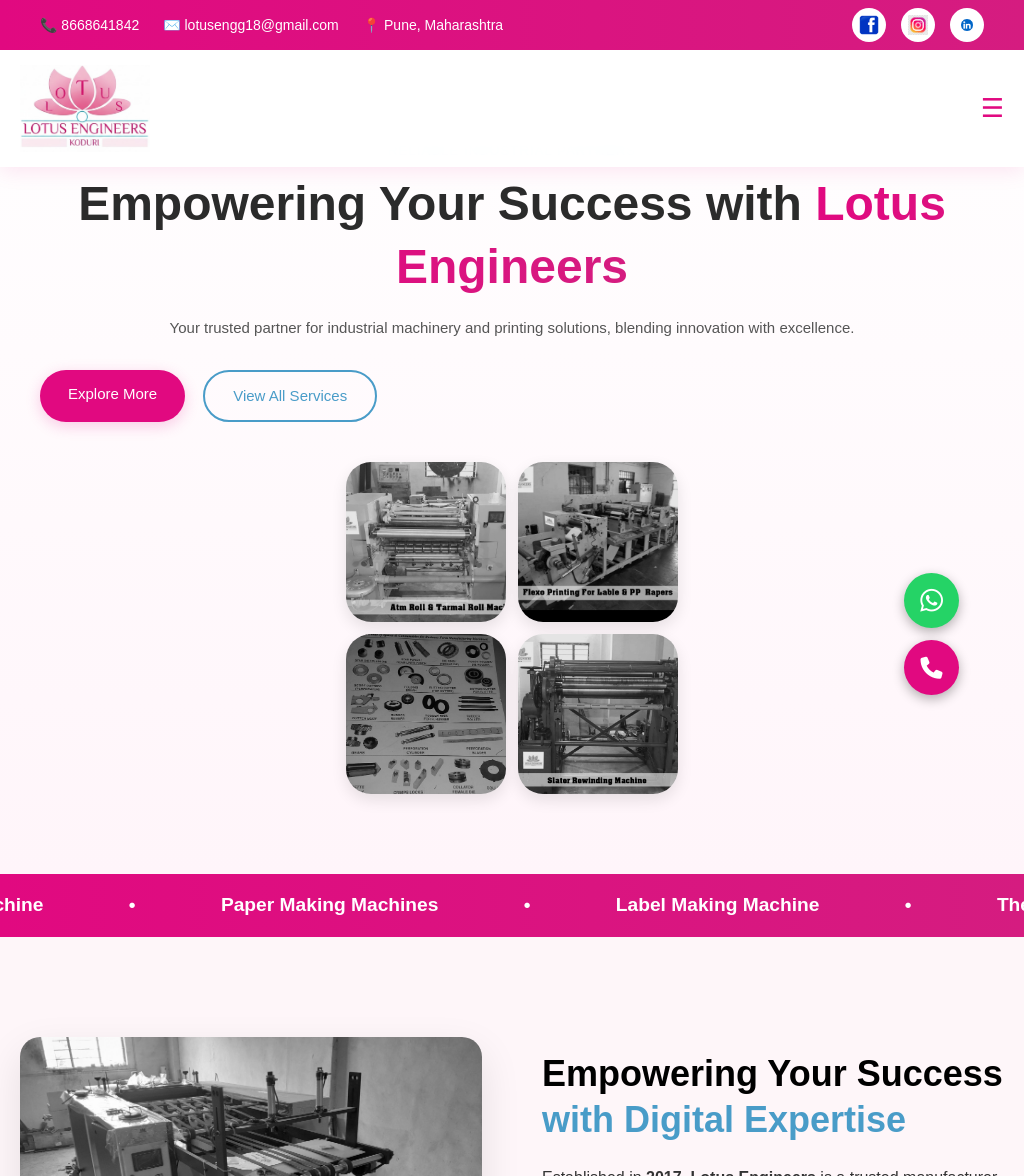
Repository: Khushichugh14/lotus-engineers
Page: index.html
An editor plug-in stored every save of this project. The page is shown before and after the next save, followed by the edit.
The browser window is 1024 px wide. The pictures show the part of the page from y = 0 to 1176 px (the page is 5927 px tall).
A picture or video elsewhere on the page could not be fetched, so the positions and the page height are approximate.

Above is the page before, as saved 2025-12-24 13:25:07.

After the next save:
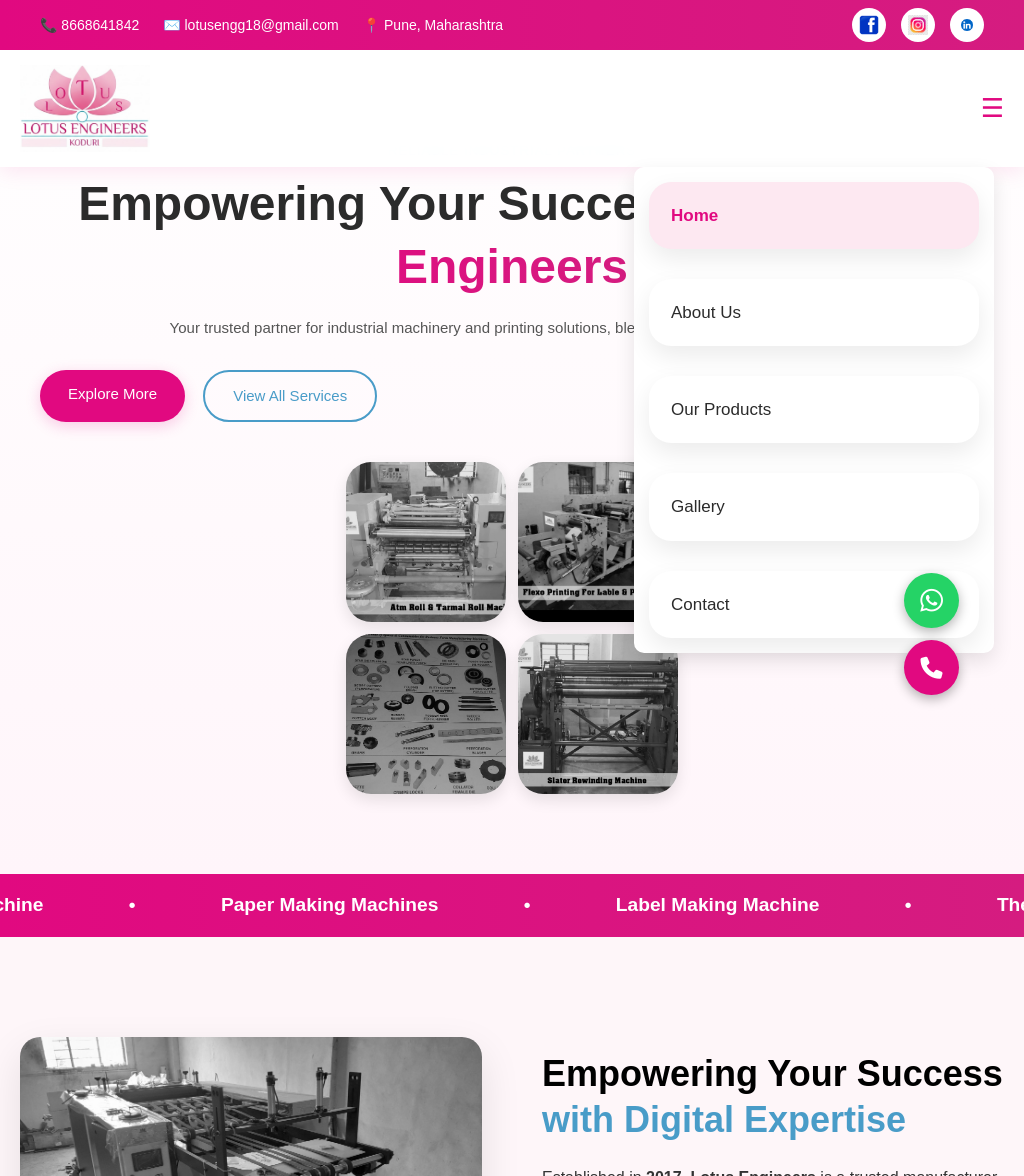
Saved 6 min 40 s later.
--- a/navbar.css
+++ b/navbar.css
@@ -172,25 +172,37 @@
   }
 
   /* Dropdown container (no background, no card) */
+  ./* ================= RIGHT SIDE MOBILE SIDEBAR ================= */
+@media (max-width: 1024px) {
+
   .nav-links {
-    display: none;
+    position: fixed;
+    top: 0;
+    right: -100%;              /* hide off-screen */
+    left: auto;                /* IMPORTANT */
+    transform: none;           /* IMPORTANT */
+
+    height: 100vh;
+    width: 85%;
+    max-width: 360px;
+
+    background: #ffffff;
+    display: flex;
     flex-direction: column;
-    position: fixed;
-    top: 120px;
-    left: 50%;
-    transform: translateX(-50%);
-    width: 90%;
-    max-width: 360px;
-    padding: 0;                /* 🔴 no outer padding */
-    background: transparent;  /* 🔴 remove outer block */
-    box-shadow: none;         /* 🔴 remove outer shadow */
-    gap: 14px;
-    z-index: 1000;
-  }
-
+    padding: 90px 20px 20px;
+    gap: 16px;
+
+    box-shadow: -12px 0 30px rgba(0,0,0,0.15);
+    transition: right 0.35s ease;
+    z-index: 1001;
+  }
+
+  /* Open state */
   .nav-links.active {
-    display: flex;
-  }
+    right: 0;
+  }
+}
+
 
   /* Individual menu items only */
   .nav-links a {

After the 2 saves that followed:
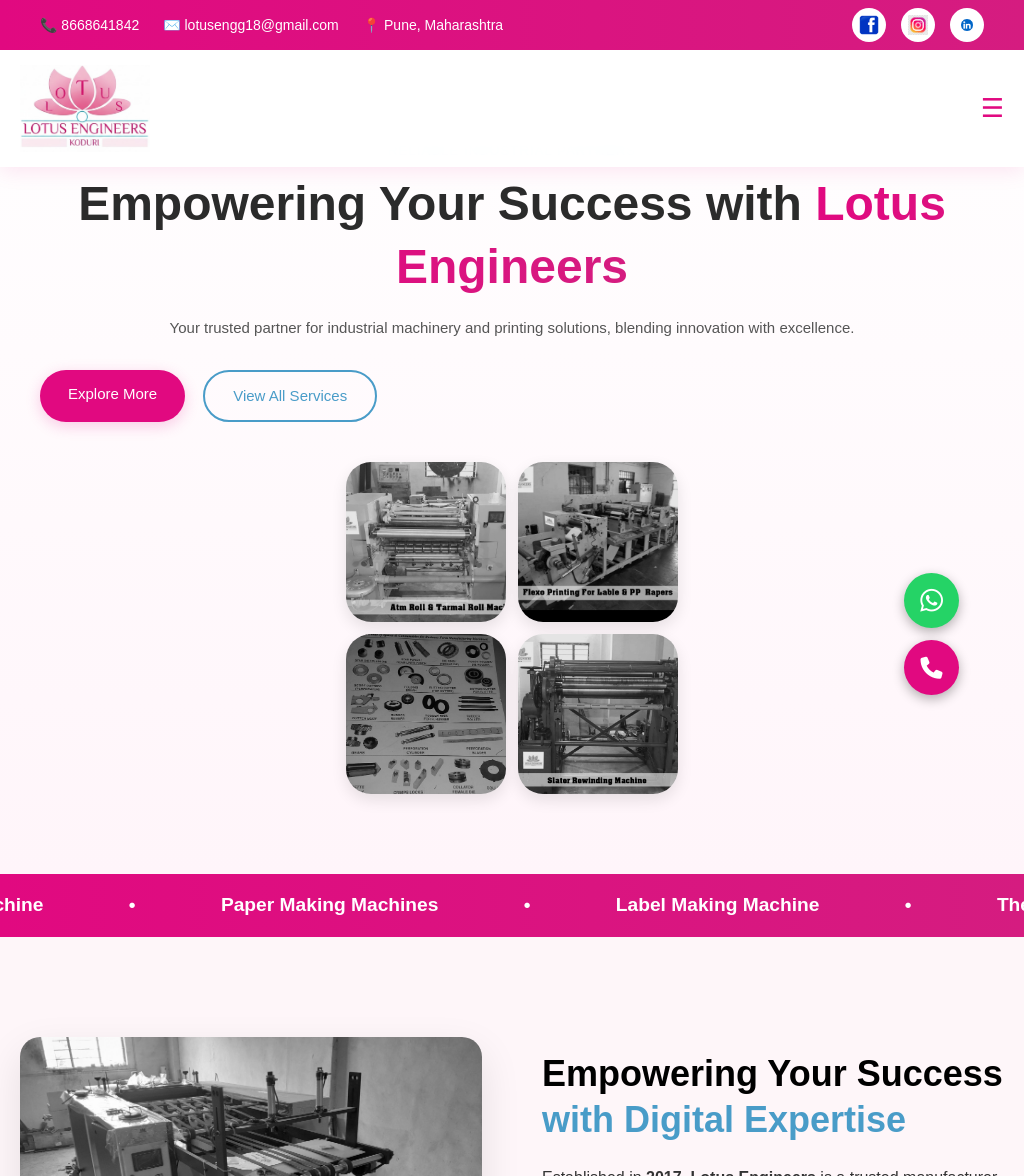
The 2 saves are shown as one change because they came seconds apart.
The last was saved 7 s later.
--- a/navbar.css
+++ b/navbar.css
@@ -171,9 +171,7 @@
     display: none;
   }
 
-  /* Dropdown container (no background, no card) */
-  ./* ================= RIGHT SIDE MOBILE SIDEBAR ================= */
-@media (max-width: 1024px) {
+
 
   .nav-links {
     position: fixed;
